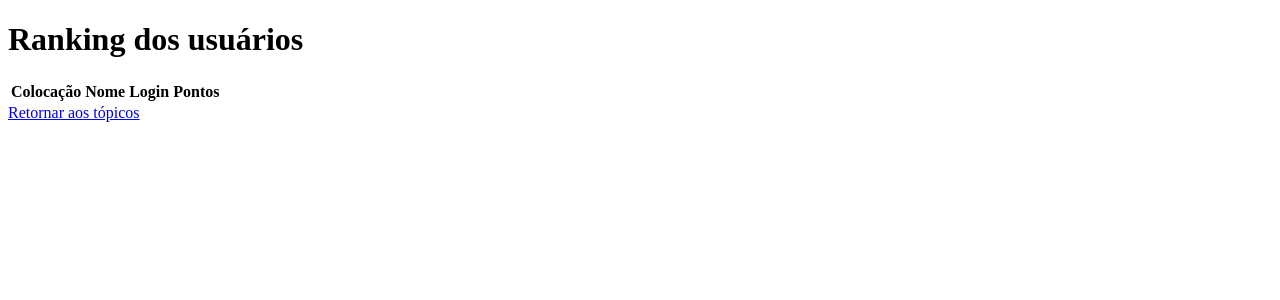
Repository: tainansv/desenvolvimento-agil-com-java-avan-ado
Page: http://localhost/Forum/ranking
An editor plug-in stored every save of this project. The page is shown before and after the next save, followed by the edit.
The browser window is 1280 px wide. The pictures show the whole page.
The page is served by Tomcat 9. Queries for data that is not in the repository find no rows.

Above is the page before, as saved 2016-10-06 21:11:20.

After the next save:
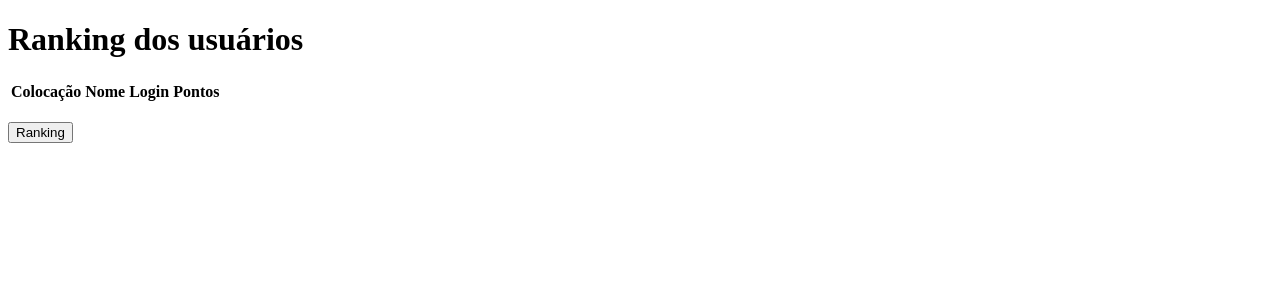
Saved 57 s later.
--- a/Forum/WebContent/ranking.jsp
+++ b/Forum/WebContent/ranking.jsp
@@ -26,8 +26,10 @@
 			</tr>
 		</c:forEach>
 	</table>
-
-	<a href="topicos" >Retornar aos tópicos</a>
+	<br>
+	<form action="topicos">
+		<input type="submit" value="Ranking"/>
+	</form>
 
 </body>
 </html>
